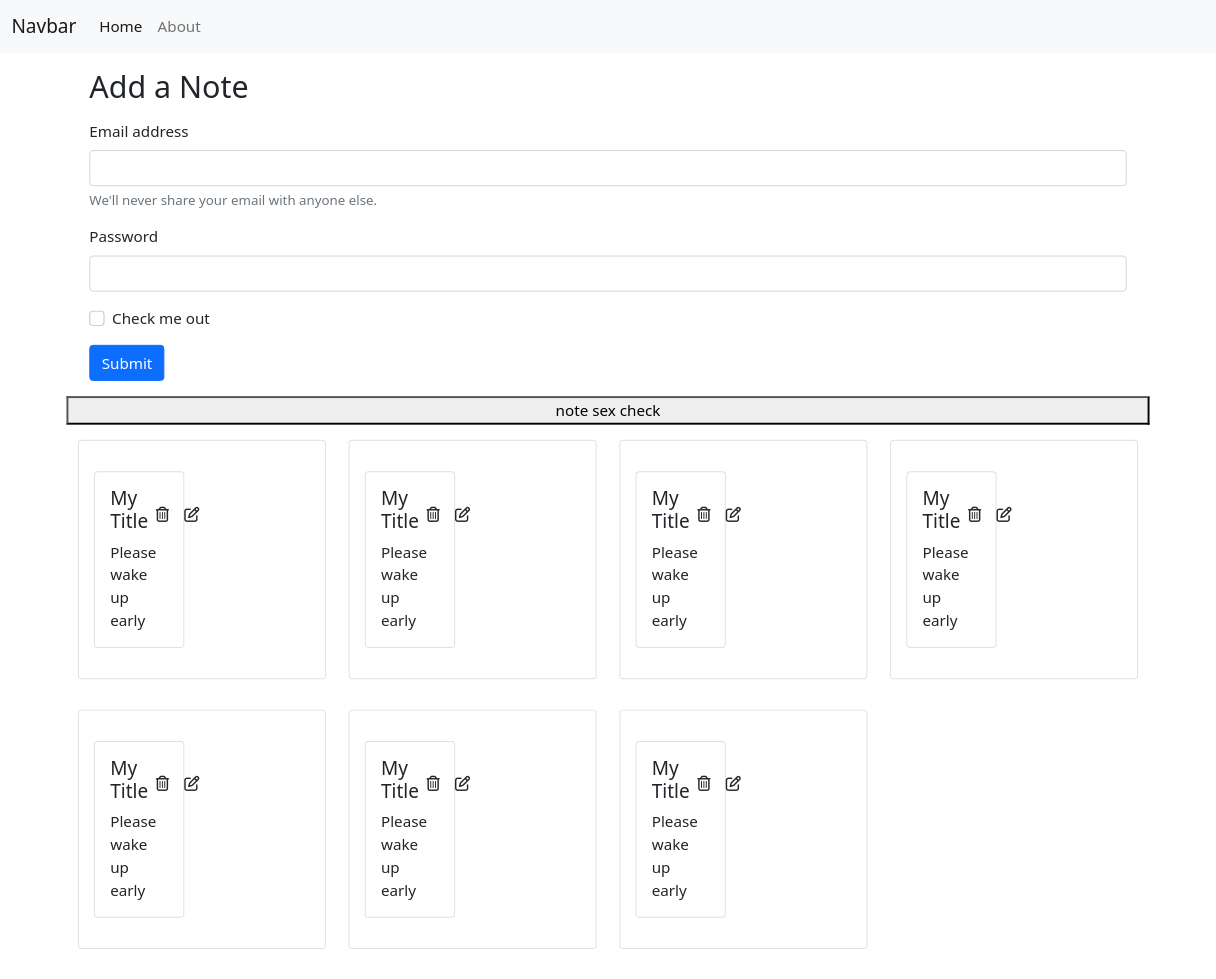
Repository: Asad-devv/inotebook-mern
Page: /
An editor plug-in stored every save of this project. The page is shown before and after the next save, followed by the edit.
The browser window is 1280 px wide. The pictures show the whole page, at 95% of full size.
Some web libraries are served in a nearby version. The project was rebuilt for these pictures with package versions that can differ from the ones it lists, and the page was loaded fresh each time. Also part of the build but not shown: vite.config.js, src/components/About.jsx.

Above is the page before, as saved 2023-04-14 01:13:11.

### index.html
<!DOCTYPE html>
<html lang="en">
  <head>
    <meta charset="UTF-8" />
    <link rel="icon" type="image/svg+xml" href="/vite.svg" />
    <meta name="viewport" content="width=device-width, initial-scale=1.0" />
    <link href="https://cdn.jsdelivr.net/npm/bootstrap@5.0.2/dist/css/bootstrap.min.css" rel="stylesheet" integrity="sha384-EVSTQN3/azprG1Anm3QDgpJLIm9Nao0Yz1ztcQTwFspd3yD65VohhpuuCOmLASjC" crossorigin="anonymous">
    <title>iNotebook</title>
  </head>
  <body>
    <div id="root"></div>
    <script type="module" src="/src/main.jsx"></script>

    <script src="https://kit.fontawesome.com/26504e4a1f.js" crossorigin="anonymous"></script>

    <script src="https://cdn.jsdelivr.net/npm/@popperjs/core@2.9.2/dist/umd/popper.min.js" integrity="sha384-IQsoLXl5PILFhosVNubq5LC7Qb9DXgDA9i+tQ8Zj3iwWAwPtgFTxbJ8NT4GN1R8p" crossorigin="anonymous"></script>
    <script src="https://cdn.jsdelivr.net/npm/bootstrap@5.0.2/dist/js/bootstrap.min.js" integrity="sha384-cVKIPhGWiC2Al4u+LWgxfKTRIcfu0JTxR+EQDz/bgldoEyl4H0zUF0QKbrJ0EcQF" crossorigin="anonymous"></script>
  </body>
</html>

### src/main.jsx
import React from 'react'
import ReactDOM from 'react-dom/client'
import App from './App'
// import './index.css'
import { BrowserRouter } from "react-router-dom"
import { Provider } from 'react-redux'
import store from './states/Store'


ReactDOM.createRoot(document.getElementById('root')).render(
  <React.StrictMode>
    <BrowserRouter>
    <Provider store={store} >
    <App />
    </Provider>
    </BrowserRouter>
  </React.StrictMode>,
)

### src/App.jsx
import { useState } from 'react'
import reactLogo from './assets/react.svg'
import viteLogo from '/vite.svg'
// import './App.css'
import {Home,Navbar,About} from "./components"
import { Route, Routes } from "react-router-dom"




function App() {

  return (
      <>
      <Navbar/>
      <div className="container">
      <Routes>
      <Route path="/" element={<Home />} />
      <Route path="/about" element={<About />} />
      </Routes>
      </div>

    </>
  );
}
export default App

### src/states/Store.js
import { configureStore } from '@reduxjs/toolkit'
import notesReducer from "./redux/notesSlice"


export default configureStore({
  reducer: {notes:notesReducer},
})

### src/components/index.js
import Home from "./Home"
import Navbar from "./Navbar"
import About from "./About"



export { Home,Navbar,About }

### src/states/redux/notesSlice.js
import { createSlice } from '@reduxjs/toolkit'


const notesInitial = [
        {
          "_id": "61322f19553781a8ca8d0e06",
          "user": "6131dc5e3e4037cd4734a066",
          "title": "My Title",
          "description": "Please wake up early",
          "tag": "personal",
          "date": "2021-09-03T14:20:09.509Z",
          "__v": 0
        },
        {
          "_id": "61322f19553781a8ca8d0e08",
          "user": "6131dc5e3e4037cd4734a066",
          "title": "My Title",
          "description": "Please wake up early",
          "tag": "personal",
          "date": "2021-09-03T14:20:09.668Z",
          "__v": 0
        },
        {
          "_id": "61322f19553781a8ca8d0e08",
          "user": "6131dc5e3e4037cd4734a066",
          "title": "My Title",
          "description": "Please wake up early",
          "tag": "personal",
          "date": "2021-09-03T14:20:09.668Z",
          "__v": 0
        },
        {
          "_id": "61322f19553781a8ca8d0e08",
          "user": "6131dc5e3e4037cd4734a066",
          "title": "My Title",
          "description": "Please wake up early",
          "tag": "personal",
          "date": "2021-09-03T14:20:09.668Z",
          "__v": 0
        },
        {
          "_id": "61322f19553781a8ca8d0e08",
          "user": "6131dc5e3e4037cd4734a066",
          "title": "My Title",
          "description": "Please wake up early",
          "tag": "personal",
          "date": "2021-09-03T14:20:09.668Z",
          "__v": 0
        },
        {
          "_id": "61322f19553781a8ca8d0e08",
          "user": "6131dc5e3e4037cd4734a066",
          "title": "My Title",
          "description": "Please wake up early",
          "tag": "personal",
          "date": "2021-09-03T14:20:09.668Z",
          "__v": 0
        },
        {
          "_id": "61322f19553781a8ca8d0e08",
          "user": "6131dc5e3e4037cd4734a066",
          "title": "My Title",
          "description": "Please wake up early",
          "tag": "personal",
          "date": "2021-09-03T14:20:09.668Z",
          "__v": 0
        },
      ]

export const notesSlice= createSlice({
    name:'notes',
    initialState:{value:notesInitial},
    reducers:{
        addNote:(state,action)=>{
                const newNote = action.payload
                return {
                    ...state,
                    value: [...state.value, newNote],
                };

        },deleteNote:(state)=>{

        },
        editNote:()=>{

        }
    }
})


export const { addNote} = notesSlice.actions

export default notesSlice.reducer

### src/components/Home.jsx
import React from 'react'
import { useSelector,useDispatch } from 'react-redux'
// import { update } from '../states/redux/notesSlice';
import Notes from './Notes';
import AddNote from './AddNote'



const Home = () => {
  const dispatch= useDispatch();
  const notes =  useSelector((state) => state.notes.value)
  console.log(notes)
  return (
    <div>

      <AddNote/>

        <Notes></Notes>
    </div>
  )
}

export default Home

### src/components/Navbar.jsx
import React,{useEffect,useState} from 'react'
import {Link,useLocation } from "react-router-dom"

const Navbar = () => {


  let location = useLocation();
  const [activeLink, setActiveLink] = useState()

  useEffect(() => {
    // Google Analytics
  }, [location]);

  return (

    <nav className="navbar navbar-expand-lg navbar-light bg-light">
      <div className="container-fluid">
        <a className="navbar-brand" href="#">Navbar</a>
        <button className="navbar-toggler" type="button" data-bs-toggle="collapse" data-bs-target="#navbarNav" aria-controls="navbarNav" aria-expanded="false" aria-label="Toggle navigation">
          <span className="navbar-toggler-icon" />
        </button>
        <div className="collapse navbar-collapse" id="navbarNav">
          <ul className="navbar-nav">
            <li className="nav-item">
              <Link to="/" className={`${location.pathname==="/" && "active"}   nav-link`} aria-current="page" href="#">Home</Link >
            </li>

            <li className="nav-item">
              <Link to="/about" className={`${location.pathname==="/about" && "active"}   nav-link`} href="#">About</Link >
            </li>

          </ul>
        </div>
      </div>
    </nav>  )
}

export default Navbar

### src/components/Notes.jsx
import React from 'react'
import { useSelector,useDispatch } from 'react-redux'
// import { update } from '../states/redux/notesSlice';
import { addNote } from '../states/redux/notesSlice'
import AddNote from './AddNote'

const NoteItem = ({title,description,tag})=>{
    return(
        <div className="col-md-3">
        <div class="card my-3">
            <div class ="card-body">
            {/* <h5 class ="card-title">{title}</h5> */}
            {/* <p class ="card-text">{description}</p>  */}
    <div className="col-md-5">
        <div className="card my-3">
            <div className="card-body">
                <div className="d-flex align-items-center">
                    <h5 className="card-title">{title}</h5><i className="far fa-trash-alt mx-2"></i>
                    <i className="far fa-edit mx-2"></i>
                </div>
                <p className="card-text">{description}</p>

            </div>
        </div></div>
        </div>
        </div>
    </div>
    )
}



const Notes = () => {
    const dispatch= useDispatch();
const notes =  useSelector((state) => state.notes.value)

const newNote = {tag:"asad",title:"shitty",description:"lorem1212121jasn ausb ashd kasd ahsklkjsdn "}
  return (

    <div className='row my-3'>
    <button onClick={()=>{dispatch(addNote(newNote))}}>note sex check</button>
         {notes.map((note)=>{
        return(
        //   <h1 key={  .id}>{note.title}</h1>
            <NoteItem key={note.id} {...note}/>
        )
      })}</div>
  )
}

export default Notes

### src/components/AddNote.jsx
import React,{useState} from 'react'



const AddNote = () => {



  return (
    <div className="container my-3">
    <h2>Add a Note</h2>
    <form className="my-3">
        <div class="mb-3">
            <label for="exampleInputEmail1" class="form-label">Email address</label>
            <input type="email" class="form-control" id="exampleInputEmail1" aria-describedby="emailHelp"/>
            <div id="emailHelp" class ="form-text">We'll never share your email with anyone else.</div>
        </div>
        <div class="mb-3">
            <label for="exampleInputPassword1" class="form-label">Password</label>
            <input type="password" class="form-control" id="exampleInputPassword1"/>
        </div>
        <div class="mb-3 form-check">
            <input type="checkbox" class="form-check-input" id="exampleCheck1"/>
            <label class ="form-check-label" for="exampleCheck1">Check me out</label>
        </div>
        <button type="submit" class="btn btn-primary">Submit</button>
    </form>
    </div>

  )
}

export default AddNote

After the next save:
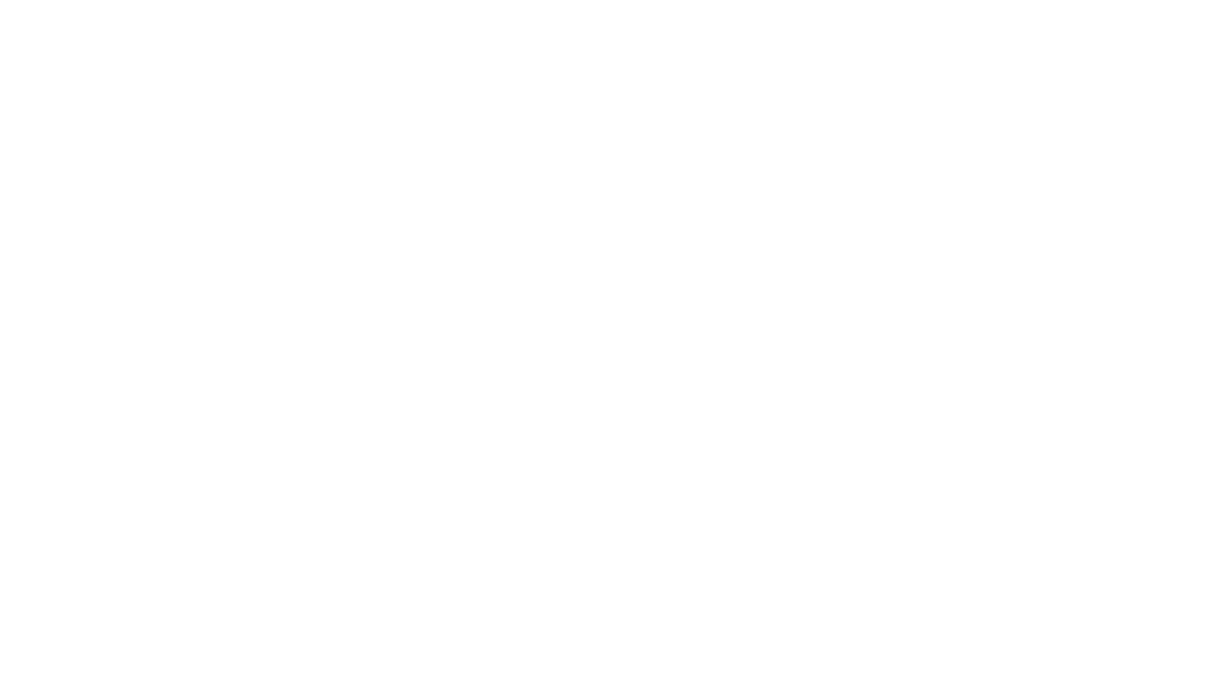
Console error: ReferenceError: onChange is not defined
Saved 32 s later.
--- a/src/components/AddNote.jsx
+++ b/src/components/AddNote.jsx
@@ -10,22 +10,21 @@ const AddNote = () => {
     <div className="container my-3">
     <h2>Add a Note</h2>
     <form className="my-3">
-        <div class="mb-3">
-            <label for="exampleInputEmail1" class="form-label">Email address</label>
-            <input type="email" class="form-control" id="exampleInputEmail1" aria-describedby="emailHelp"/>
-            <div id="emailHelp" class ="form-text">We'll never share your email with anyone else.</div>
+        <div className="mb-3">
+            <label htmlFor="title" className="form-label">Title</label>
+            <input type="text" className="form-control" id="title" name="title" aria-describedby="emailHelp" onChange={onChange} />
         </div>
-        <div class="mb-3">
-            <label for="exampleInputPassword1" class="form-label">Password</label>
-            <input type="password" class="form-control" id="exampleInputPassword1"/>
+        <div className="mb-3">
+            <label htmlFor="description" className="form-label">Description</label>
+            <input type="text" className="form-control" id="description" name="description" onChange={onChange} />
         </div>
-        <div class="mb-3 form-check">
-            <input type="checkbox" class="form-check-input" id="exampleCheck1"/>
-            <label class ="form-check-label" for="exampleCheck1">Check me out</label>
+        <div className="mb-3 form-check">
+            <input type="checkbox" className="form-check-input" id="exampleCheck1" />
+            <label className="form-check-label" htmlFor="exampleCheck1">Check me out</label>
         </div>
-        <button type="submit" class="btn btn-primary">Submit</button>
+        <button type="submit" className="btn btn-primary" onClick={handleClick}>Submit</button>
     </form>
-    </div>
+</div>
 
   )
 }

After the save that followed:
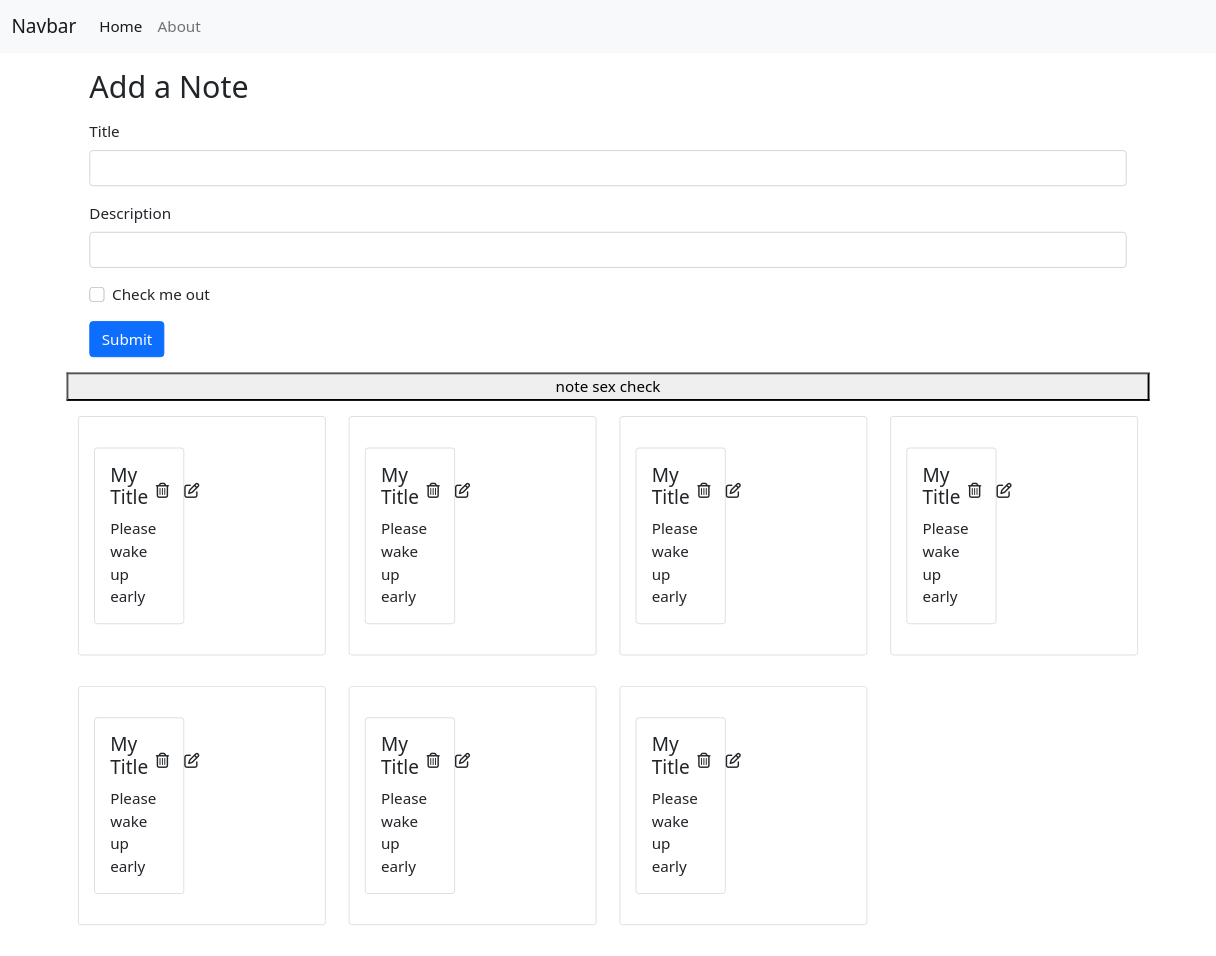
The error is gone.
Saved 16 s later.
--- a/src/components/AddNote.jsx
+++ b/src/components/AddNote.jsx
@@ -4,7 +4,16 @@ import React,{useState} from 'react'
 
 const AddNote = () => {
 
+    const [note, setNote] = useState({title: "", description: "", tag: "default"})
 
+    const handleClick = (e)=>{
+        e.preventDefault();
+        addNote(note.title, note.description, note.tag);
+    }
+
+    const onChange = (e)=>{
+        setNote({...note, [e.target.name]: e.target.value})
+    }
 
   return (
     <div className="container my-3">
